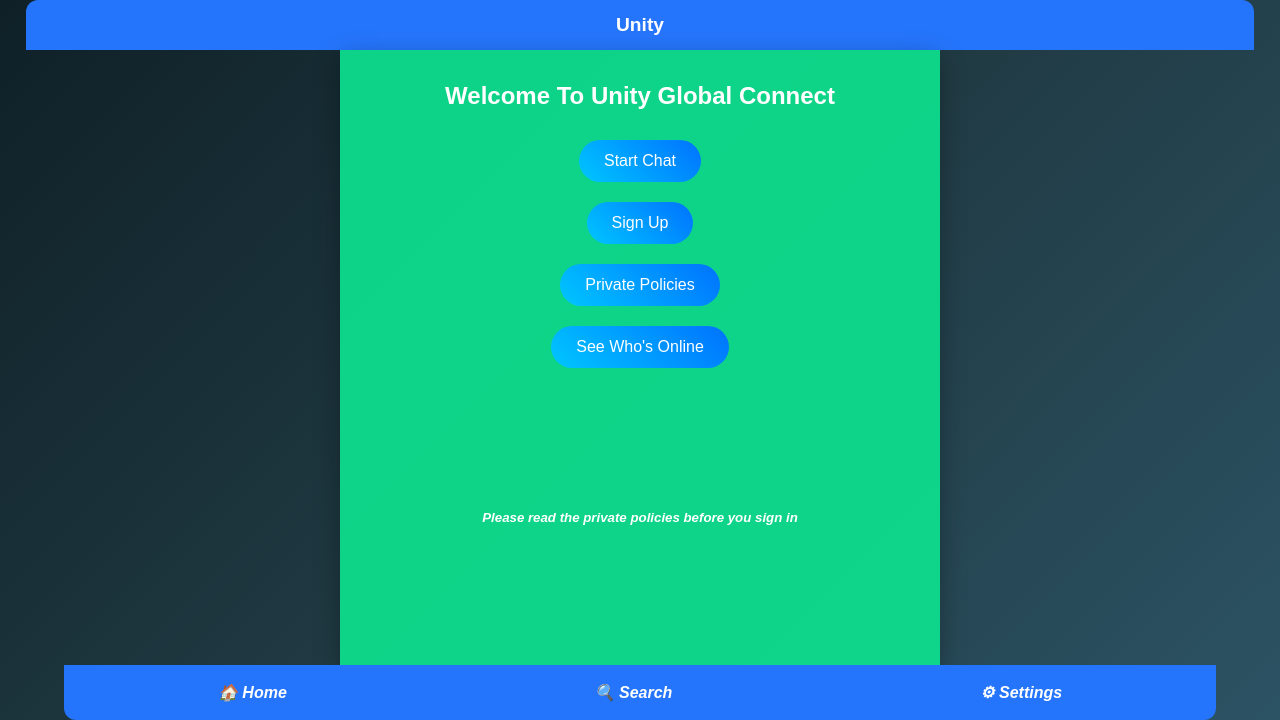
Repository: Amani-Kibet/express-app-web
Page: pages/home.html
An editor plug-in stored every save of this project. The page is shown before and after the next save, followed by the edit.
The browser window is 1280 px wide. The pictures show the whole page.

Above is the page before, as saved 2025-09-29 22:30:13.

After the next save:
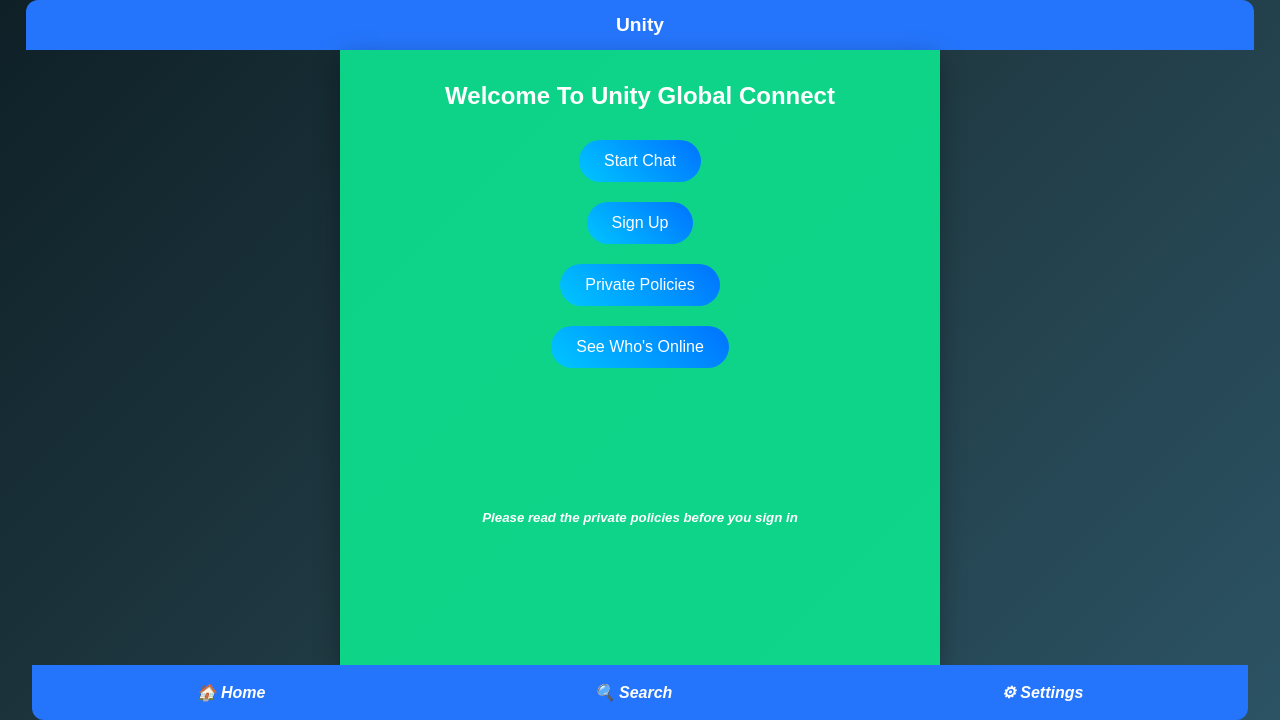
Saved 5 s later.
--- a/pages/home.html
+++ b/pages/home.html
@@ -41,7 +41,7 @@
 
       /* Bottom App Bar */
       .bottom-bar {
-        width: 90vw;
+        width: 95vw;
         height: 55px;
         background: #2575fc;
         color: white;
